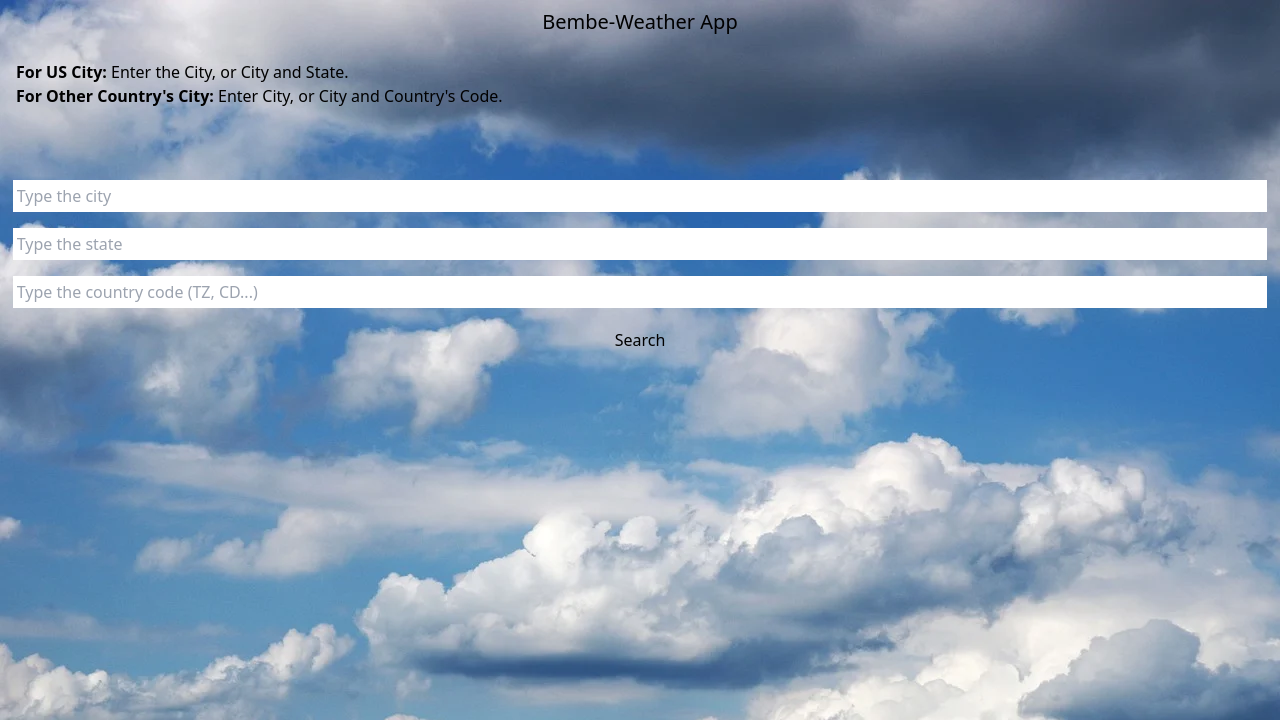
Repository: ShindanoSingi/bembe-weather
Page: /
These files come from the project's save history. The page is drawn as it stood at one moment and after the next save; the edit follows.
The browser window is 1280 px wide. The pictures show the whole page.
The page's requests for data from a server got no answer. The project was rebuilt for these pictures with package versions that can differ from the ones it lists, and the page was loaded fresh each time. No one was signed in, and anything a server would have sent is missing.

Above is the page before, as saved 2022-09-14 03:18:14.

After the next save:
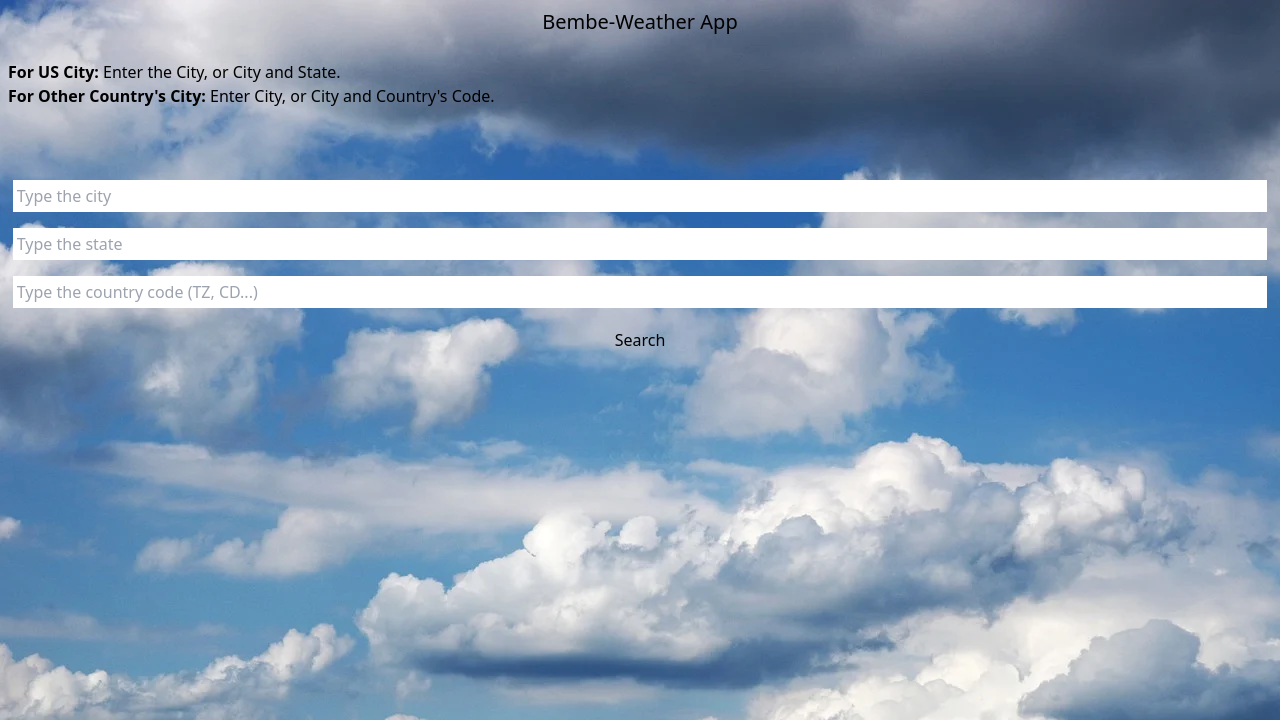
Saved 42 s later.
--- a/src/components/weatherPage.js
+++ b/src/components/weatherPage.js
@@ -68,7 +68,7 @@ const WeatherPage = ({ city, state, country, weatherData }) => {
     <div>
       <h1 className="py-2 text-xl text-center">Bembe-Weather App</h1>
 
-      <div className="px-2 mx-2 mt-4 message">
+      <div className="px-2 w-[98vw] mt-4 message">
         <strong>For US City: </strong><span>Enter the City, or City and State.</span><br></br>
         <strong>For Other Country's City: </strong><span>Enter City, or City and Country's Code.</span>
       </div>
